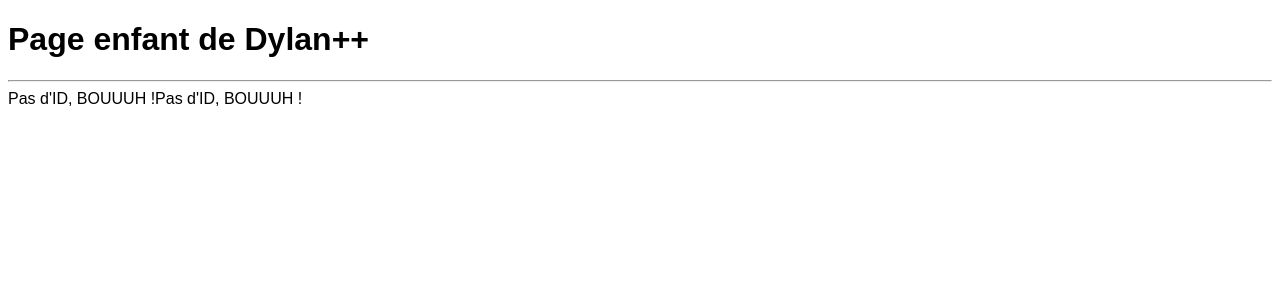
Repository: DylanCahu/cookie
Page: http://localhost/enfant.php
The author's editor kept a copy of each file at every save. The page is drawn from the files as they stood at one save, then again after the next save.
The browser window is 1280 px wide. The pictures show the whole page.
The page is run by PHP 8.4 with error messages shown; the project is at /var/www/html/.

Above is the page before, as saved 2021-12-10 14:37:16.

### enfant.php
<!DOCTYPE html>
<html>
    <head>
        <title>Index Cookies</title>
        <meta charset="utf-8">
        <style>
body	{	font-family	:	Arial	;
		}
</style>
    </head>

    <body>
        <h1>Page enfant de Dylan++</h1>
        <hr>
        <?php
if (isset($_COOKIE['numClient'])) {
    echo "<h3>Votre ID est: " . $_COOKIE['numClient'] . " ";
    $id = $_COOKIE['numClient'];}
else {echo "Pas d'ID, BOUUUH !";
    $id = 0;}
if (isset($_GET['id'])) {
        echo "<h3>Votre ID est: " . $_GET['id'] . " ";
        $id = $_GET['id'];}
    else {echo "Pas d'ID, BOUUUH !";
        $id = 0;}
?>
    </body>
</html>

After the next save:
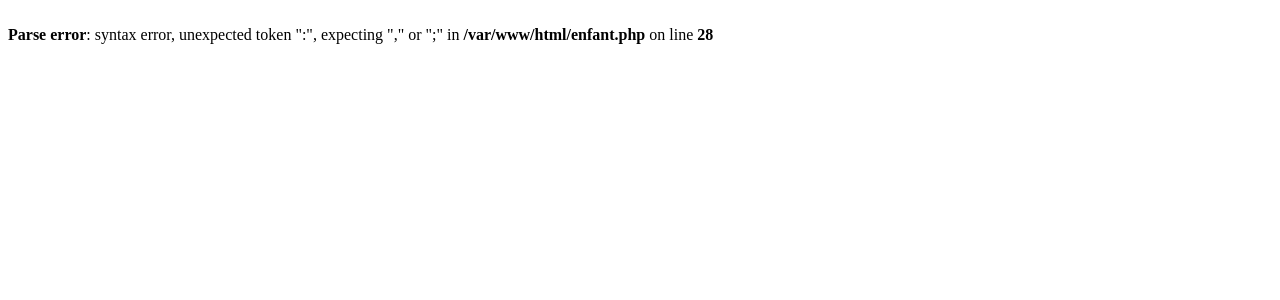
Saved 58 s later.
--- a/enfant.php
+++ b/enfant.php
@@ -23,6 +23,10 @@ if (isset($_GET['id'])) {
         $id = $_GET['id'];}
     else {echo "Pas d'ID, BOUUUH !";
         $id = 0;}
+
+        echo "<h2>ID enfant: " .$_COOKIE['numClient']."</h2>";
+        echo "<h2></h2>":
 ?>
+
     </body>
 </html>
